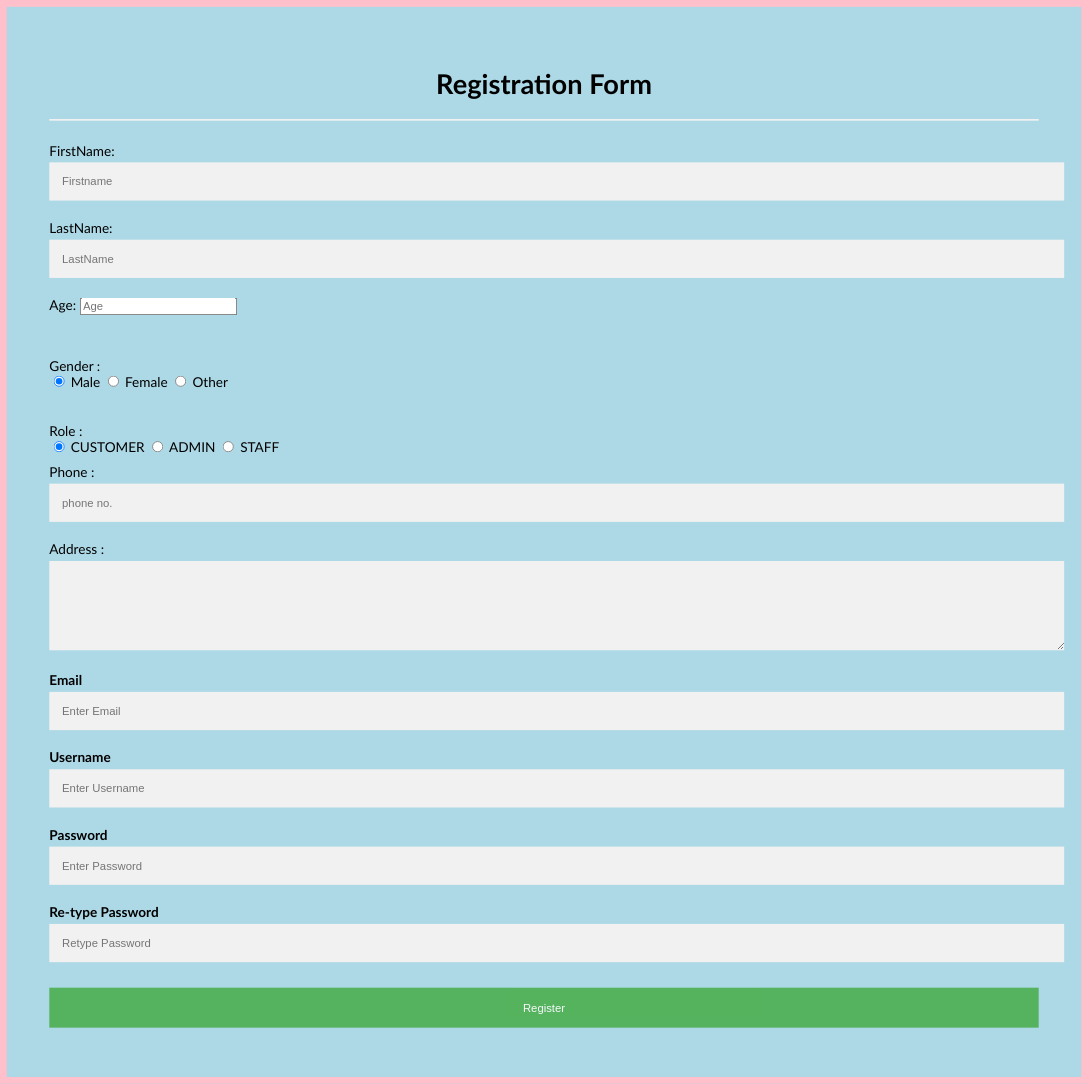
Repository: shivambhat45/Tour-Booking
Page: http://localhost/booking
An editor plug-in stored every save of this project. The page is shown before and after the next save, followed by the edit.
The browser window is 1280 px wide. The pictures show the whole page, at 85% of full size.
The page is this project's Thymeleaf template; nobody is signed in. The template is opened directly, without the code that normally fills it, so the values that code supplies are empty.

Above is the page before, as saved 2022-10-28 07:50:59.

### frontend-ui/src/main/resources/templates/booking.html
<!DOCTYPE html>
<html xmlns:th="http://www.thymeleaf.org">

<head>
	<meta name="viewport" content="width=device-width, initial-scale=1">
	<style>
		body {
			font-family: Calibri, Helvetica, sans-serif;
			background-color: pink;
		}

		.container {
			padding: 50px;
			background-color: lightblue;
		}

		input[type=text],
		input[type=password],
		textarea {
			width: 100%;
			padding: 15px;
			margin: 5px 0 22px 0;
			display: inline-block;
			border: none;
			background: #f1f1f1;
		}

		input[type=text]:focus,
		input[type=password]:focus {
			background-color: orange;
			outline: none;
		}

		div {
			padding: 10px 0;
		}

		hr {
			border: 1px solid #f1f1f1;
			margin-bottom: 25px;
		}

		.registerbtn {
			background-color: #4CAF50;
			color: white;
			padding: 16px 20px;
			margin: 8px 0;
			border: none;
			cursor: pointer;
			width: 100%;
			opacity: 0.9;
		}

		.registerbtn:hover {
			opacity: 1;
		}
	</style>
</head>

<body>
	<form action="register" method="POST">
		<div class="container">
			<center>
				<h1> Registration Form</h1>
			</center>
			<hr>
			<label> FirstName: </label>
			<input type="text" name="firstName" placeholder="Firstname" size="15" required />
			<label> LastName: </label>
			<input type="text" name="lastName" placeholder="LastName" size="15" required />
			<label> Age: </label>
			<input type="number" name="age" placeholder="Age" size="15" required />

			<div>
				<br>
			</div>
			<div>
				<label>
					Gender :
				</label><br>
				<input type="radio" value="Male" name="gender" checked> Male
				<input type="radio" value="Female" name="gender"> Female
				<input type="radio" value="Other" name="gender"> Other
			</div>
			<br>
			<div>
				<label>
					Role :
				</label><br>
				<input type="radio" value="CUSTOMER" name="role" checked> CUSTOMER
				<input type="radio" value="ADMIN" name="role"> ADMIN
				<input type="radio" value="STAFF" name="role"> STAFF

			</div>
			<label>
				Phone :
			</label>
			<input type="text" name="phoneNo" placeholder="phone no." size="10" / required>
			Address :
			<textarea cols="80" rows="5" placeholder="Current Address" value="address" required>
			</textarea>
			<label for="email"><b>Email</b></label>
			<input type="text" placeholder="Enter Email" name="email" required>
			<label for="email"><b>Username
					<input type="text" placeholder="Enter Username" name="username" required>
					<label for="psw"><b>Password</b></label>
					<input type="password" placeholder="Enter Password" name="password" required>

					<label for="psw-repeat"><b>Re-type Password</b></label>
					<input type="password" placeholder="Retype Password" name="password-repeat" required>
					<button type="submit" class="registerbtn">Register</button>
	</form>
</body>

</html>

After the next save:
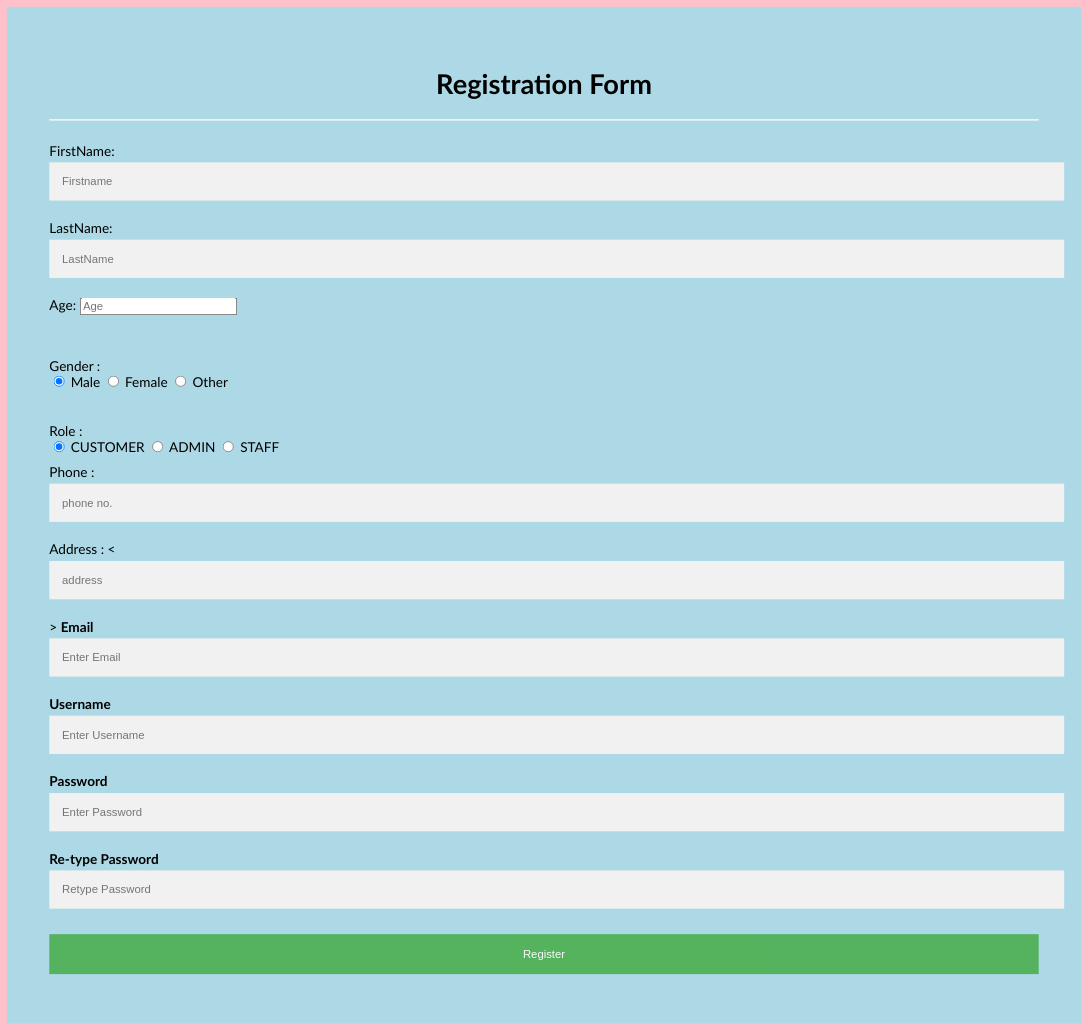
Saved 6 min 28 s later.
--- a/frontend-ui/src/main/resources/templates/booking.html
+++ b/frontend-ui/src/main/resources/templates/booking.html
@@ -97,8 +97,7 @@
 			</label>
 			<input type="text" name="phoneNo" placeholder="phone no." size="10" / required>
 			Address :
-			<textarea cols="80" rows="5" placeholder="Current Address" value="address" required>
-			</textarea>
+			<<input type="text" name="address" placeholder="address" size="10" / required>>
 			<label for="email"><b>Email</b></label>
 			<input type="text" placeholder="Enter Email" name="email" required>
 			<label for="email"><b>Username
